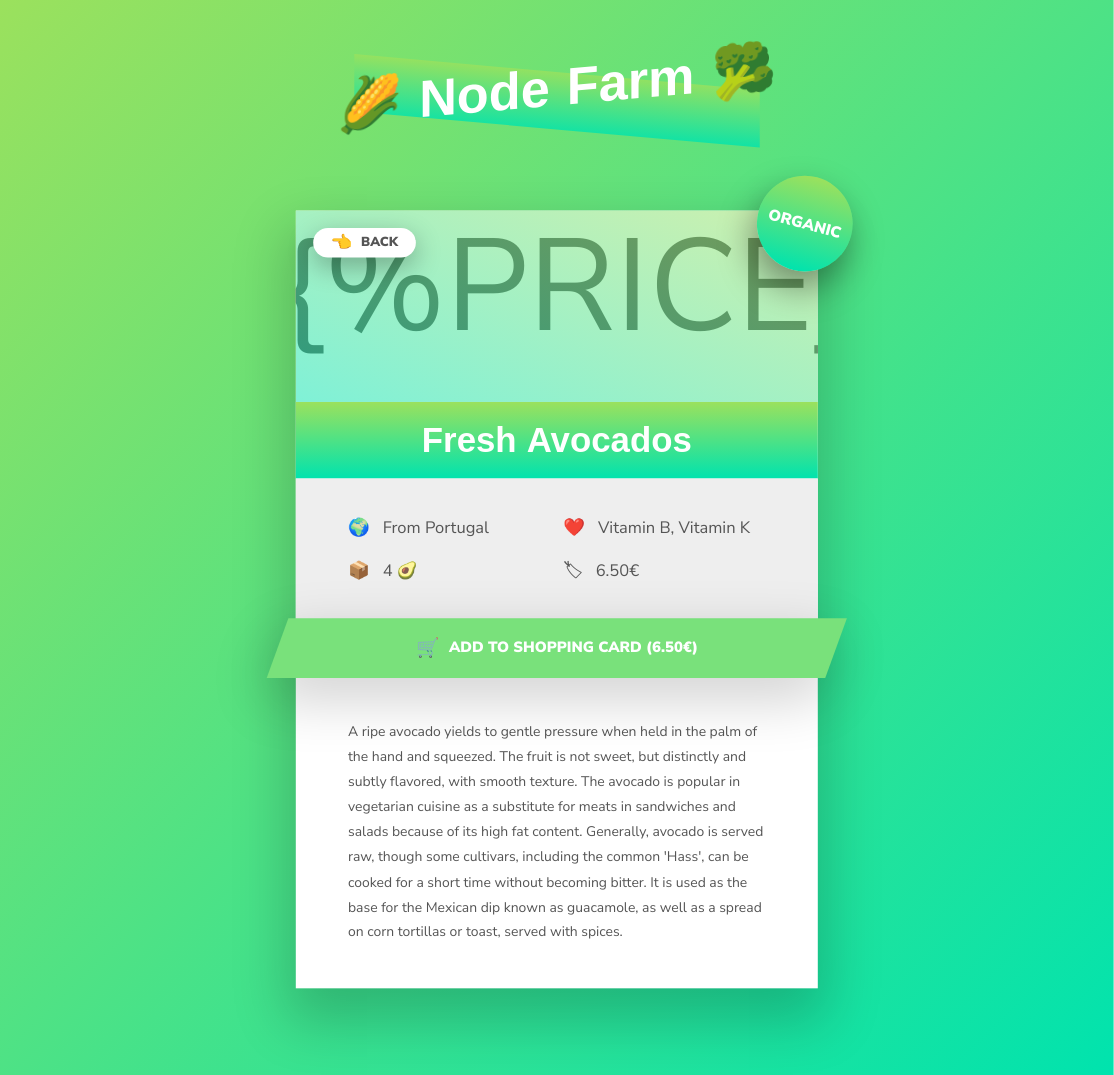
Repository: 13-Joban/Node_Farm_Backend
Page: templates/product.html
These files come from the project's save history. The page is drawn as it stood at one moment and after a run of saves; the edit follows.
The browser window is 1280 px wide. The pictures show the whole page, at 87% of full size.
Some web fonts or font styles are not loaded; a fallback is used.

Above is the page before, as saved 2022-07-16 16:58:49.

After the next 8 saves:
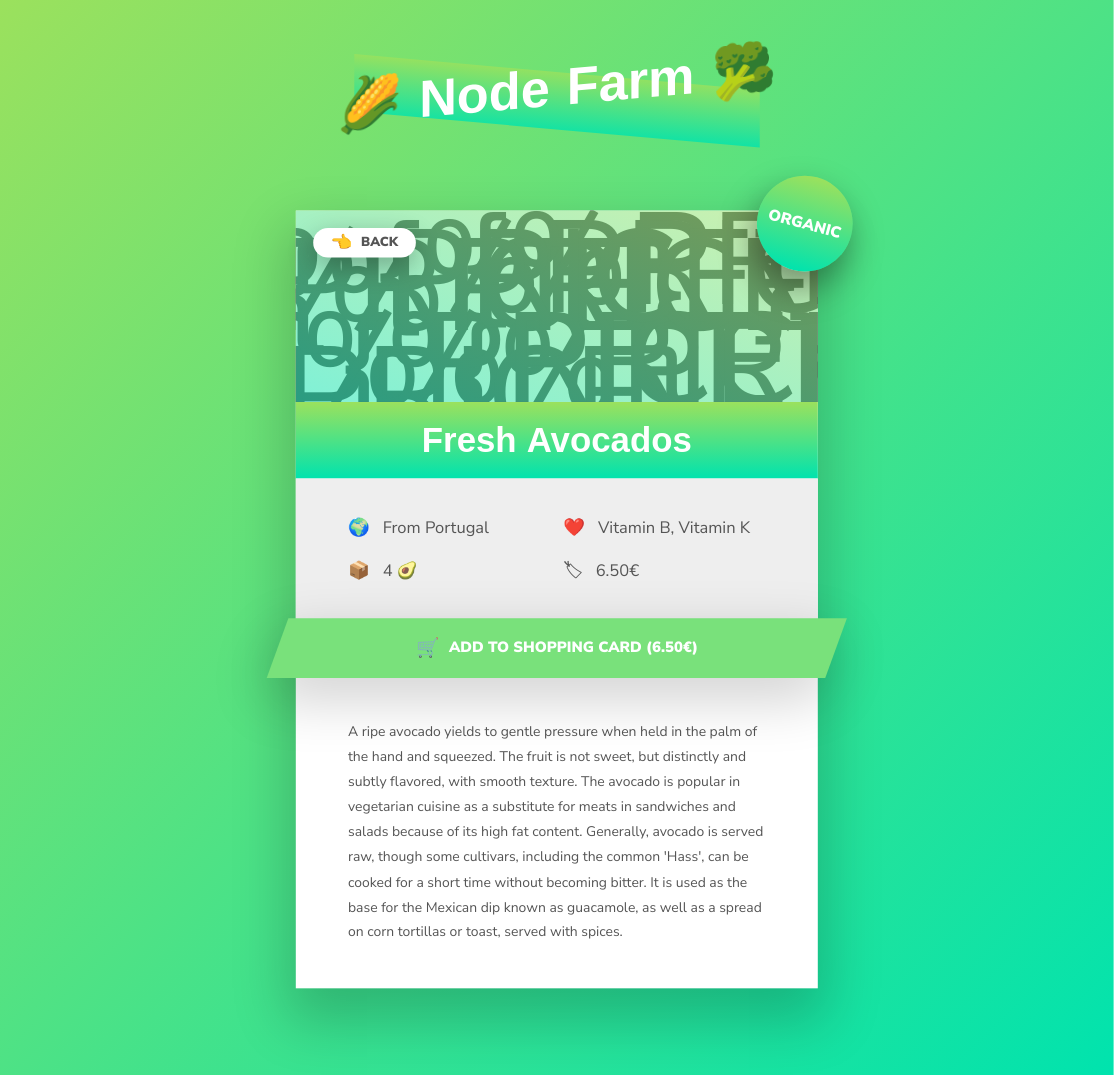
The 8 saves are shown as one change because they came seconds apart.
The last was saved 14 s later.
--- a/templates/product.html
+++ b/templates/product.html
@@ -276,14 +276,14 @@
         </a>
         <div class="product__hero">
           <span class="product__emoji product__emoji--1">{%PRICE}</span>
-          <span class="product__emoji product__emoji--2"></span>
-          <span class="product__emoji product__emoji--3"></span>
-          <span class="product__emoji product__emoji--4"></span>
-          <span class="product__emoji product__emoji--5"></span>
-          <span class="product__emoji product__emoji--6"></span>
-          <span class="product__emoji product__emoji--7"></span>
-          <span class="product__emoji product__emoji--8"></span>
-          <span class="product__emoji product__emoji--9"></span>
+          <span class="product__emoji product__emoji--2">{%PRICE}</span>
+          <span class="product__emoji product__emoji--3">{%PRICE}</span>
+          <span class="product__emoji product__emoji--4">{%PRICE}</span>
+          <span class="product__emoji product__emoji--5">{%PRICE}</span>
+          <span class="product__emoji product__emoji--6">{%PRICE}</span>
+          <span class="product__emoji product__emoji--7">{%PRICE}</span>
+          <span class="product__emoji product__emoji--8">{%PRICE}</span>
+          <span class="product__emoji product__emoji--9">{%PRICE}</span>
         </div>
         <h2 class="product__name">Fresh Avocados</h2>
         <div class="product__details">
